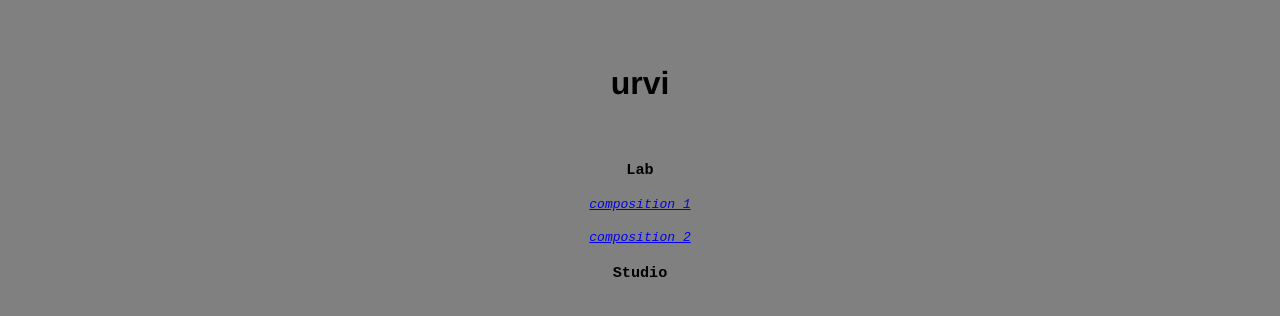
Repository: raghu225/raghu225.github.io
Page: index.html
The author's editor kept a record of every edit. The page is drawn from the files as they stood at one moment, then again after the next edit.
The browser window is 1280 px wide. The pictures show the whole page.

Above is the page before.

### index.html
<html>

    <head>
        <title>Urvi</title>
    <style>
        body {
            background-color: grey;
        }
        h1 {
            font-family: helvetica;
        }
        h3 {
            font-family: helvetica;
        }
    </style>
    </head>

    <body>
        <br>
        <br>
        <h1><center>urvi</mark></center></h1>
        <br>
        <h3><code><center>Lab</center></code></h3>
        <center><a href="composition/index1.html"><em><code>composition 1</code></em></a></center>
        <br>
        <center><a href="composition/index2.html"><em><code>composition 2</code></em></a></center>
        <h3><code><center>Studio</center></code></h3>

        </body>

</html>

After the next edit:
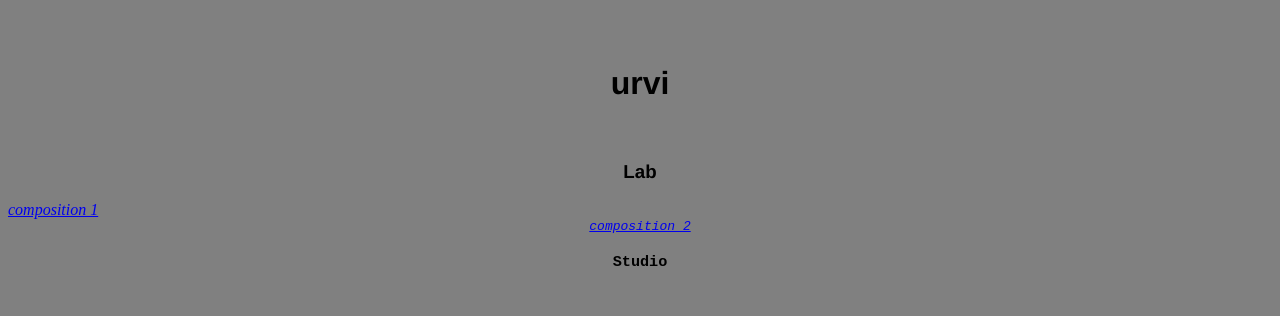
The edit:
--- a/index.html
+++ b/index.html
@@ -20,8 +20,8 @@
         <br>
         <h1><center>urvi</mark></center></h1>
         <br>
-        <h3><code><center>Lab</center></code></h3>
-        <center><a href="composition/index1.html"><em><code>composition 1</code></em></a></center>
+        <h3><center>Lab</center></h3>
+        <a href="composition/index1.html"><em>composition 1</em></a>
         <br>
         <center><a href="composition/index2.html"><em><code>composition 2</code></em></a></center>
         <h3><code><center>Studio</center></code></h3>
